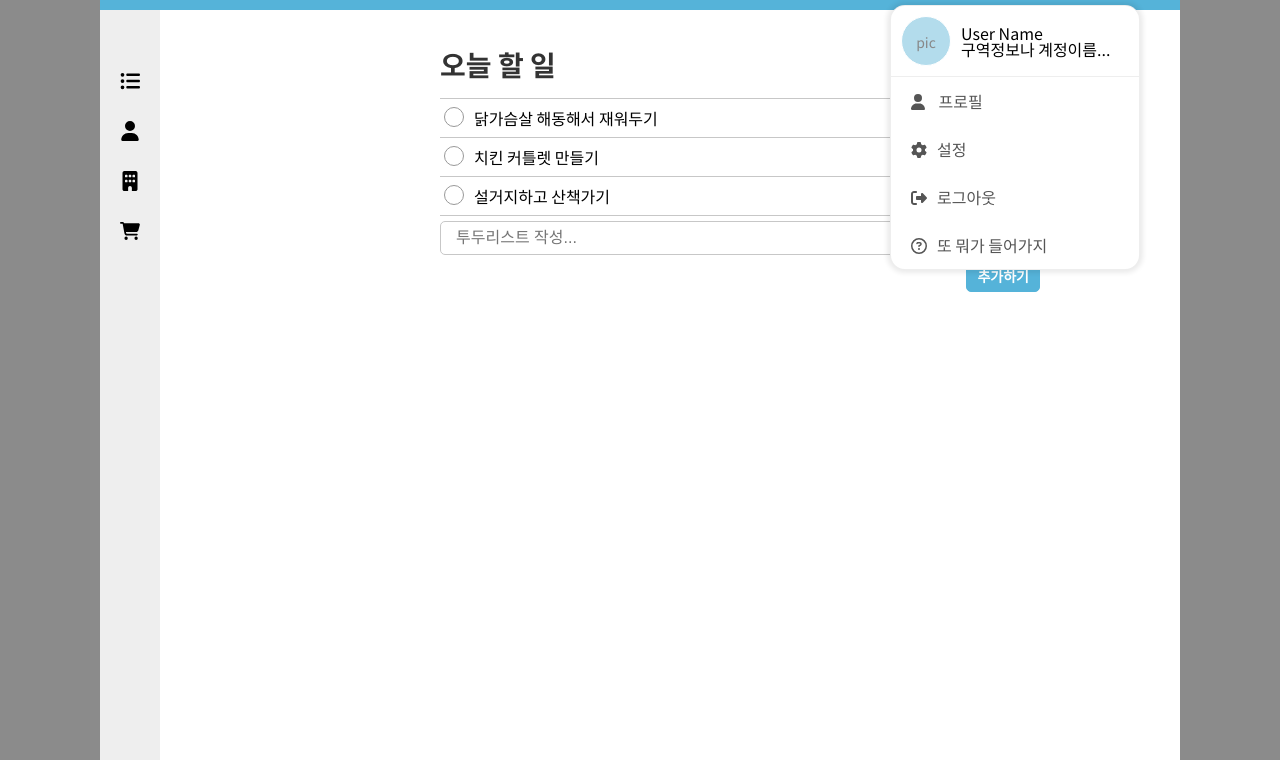
Repository: sunoo-lee/toVillage-old
Page: /
The author's editor kept a copy of each file at every save. The page is drawn from the files as they stood at one save, then again after the next save.
The browser window is 1280 px wide. The pictures show the whole page.
The project was rebuilt for these pictures with package versions that can differ from the ones it lists, and the page was loaded fresh each time. Also part of the build but not shown: src/routes/Auth.js, src/components/MyProfile.js, src/routes/Profile.js, src/components/Area.module.css, src/components/Area.js, src/routes/Building.js, src/components/TradingShop.module.css, src/components/TradingShop.js and 1 more.

Above is the page before, as saved 2022-10-13 05:00:40.

After the next save:
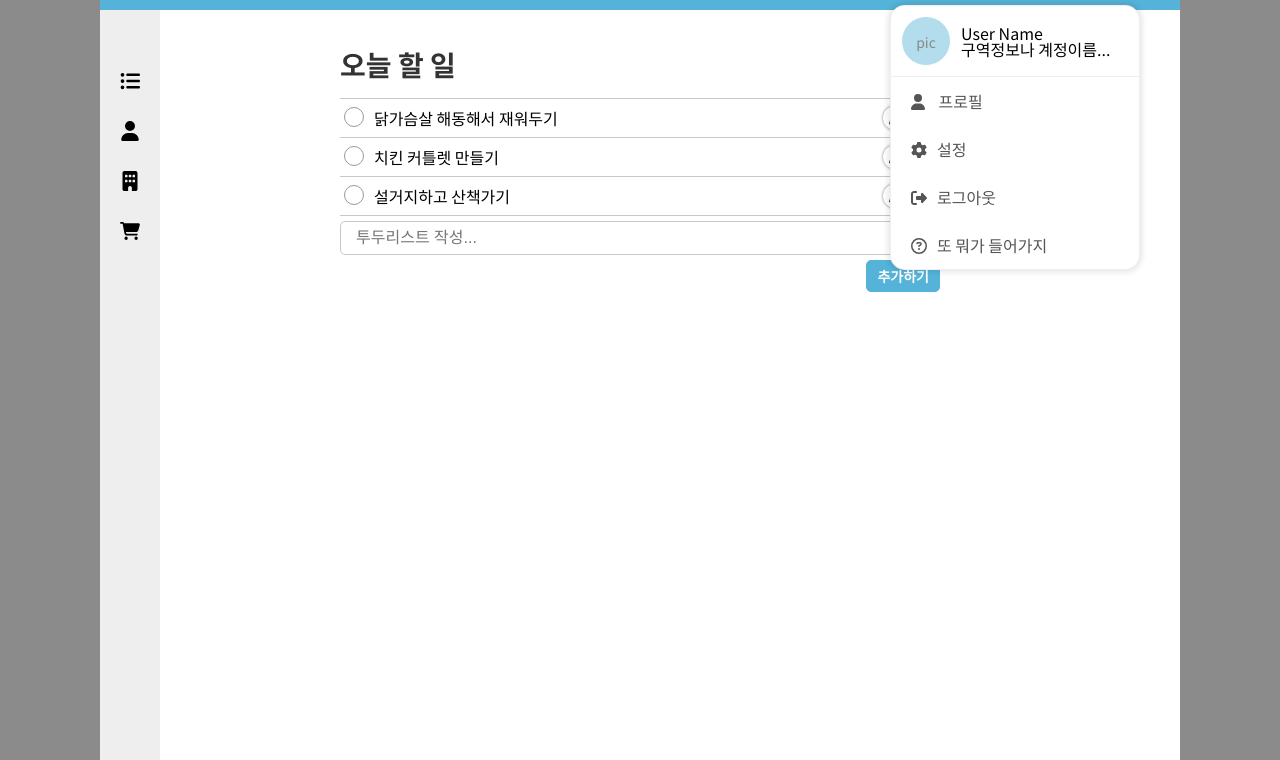
Saved 20 s later.
--- a/src/style.css
+++ b/src/style.css
@@ -31,12 +31,12 @@ body {
   min-width: 600px;
   width: 1080px;
   height: 800px;
-  padding-left: 200px;
+  padding-left: 0;
   padding-top: 50px;
   display: flex;
   justify-content: center;
 }
 
 .active {
-  padding-left: 0;
+  padding-left: 200px;
 }
